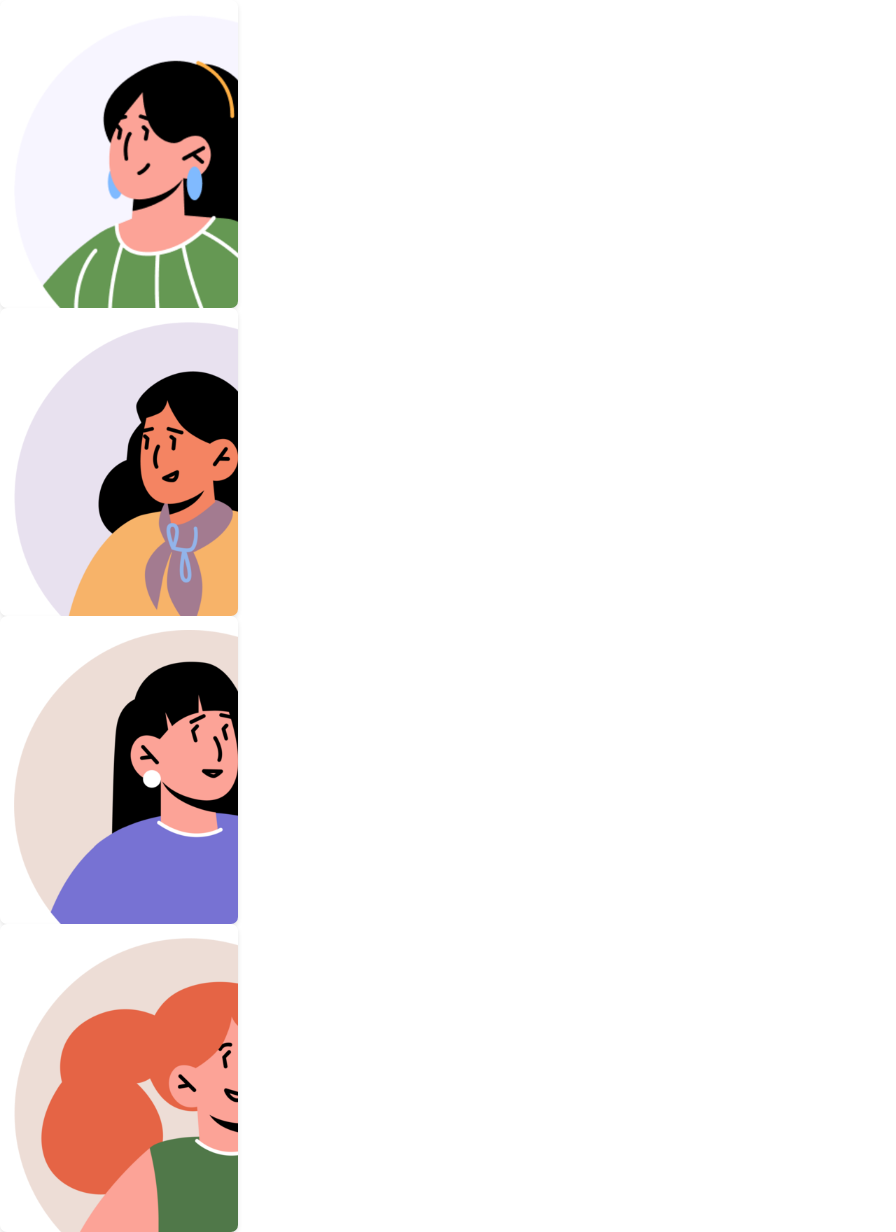
Repository: mahsa199170/React-Props-projects
Page: / (app in profile-app/)
The author's editor kept a copy of each file at every save. The page is drawn from the files as they stood at one save, then again after the next save.
The browser window is 1280 px wide. The pictures show the part of the page from y = 0 to 1920 px (the page is 1760 px tall before and 2997 px after), at 70% of full size.
The project was rebuilt for these pictures with package versions that can differ from the ones it lists, and the page was loaded fresh each time. Also part of the build but not shown: profile-app/src/App.css.

Above is the page before, as saved 2024-11-18 15:47:17.

### profile-app/src/App.js
import './App.css';
import Profile from './components/profile/Profile';
import { people } from './personalInfo';

function App() {
  const personInfo = people.map((p) => {
    return <h1>{p.name}</h1>;
  });

  return (
    <div className="App">
      {people.map((person) => {
        const { id, name, age, gender, occupation, image } = person;
        return (
          <div key={id}>
            <Profile
              name={name}
              age={age}
              occupation={occupation}
              gender={gender}
              image={image}
            />
          </div>
        );
      })}
    </div>
  );
}

export default App;

### profile-app/src/components/profile/Profile.js
import React from 'react';
import Card from '../card/Card';
import './Profile.scss';

const Profile = ({ id, name, age, gender, occupation, image }) => {
  return (
    <Card>
      <div className="profil-card">
        <img src={image} alt="profile" />
        <h2>Name: {name}</h2>
        <h3>Age: {age}</h3>
        <h3>Gender: {gender}</h3>
        <h3>Occupation: {occupation}</h3>
      </div>
    </Card>
  );
};

export default Profile;

### profile-app/src/personalInfo.js
import image1 from './components/images/100.png';
import image2 from './components/images/54.png';
import image3 from './components/images/73.png';
import image4 from './components/images/94.png';
export const people = [
  {
    id: 1,
    name: 'Luna',
    age: 7,
    gender: 'Female',
    occupation: 'VP of Engineering',
    image: image1,
  },
  {
    id: 2,
    name: 'Ellie',
    age: 3,
    gender: 'Female',
    occupation: 'Senior Engineer',
    image: image2,
  },
  {
    id: 3,
    name: 'Tango',
    age: 10,
    gender: 'male',
    occupation: 'Software Engineer',
    image: image3,
  },
  {
    id: 4,
    name: 'Frankie',
    age: 1,
    gender: 'male',
    occupation: 'Devops Engineer',
    image: image4,
  },
];

### profile-app/src/components/card/Card.js
import React from 'react';
import './Card.scss';

const Card = ({ children }) => {
  return <div className="card">{children}</div>;
};

export default Card;

### profile-app/src/components/profile/Profile.scss
.profile-card {
  box-shadow: rgba(100, 100, 111, 0.2) 0px 7px 29px 0px;
  width: 250px;
  text-align: center;
  border-radius: 50%;
  padding: 2rem;
  font-family: sans-serif;

  img {
    // border-radius: 50%;
    width: 10px !important;
    height: 10px !important;
  }
}

h2 {
  font-size: 24px;
  font-weight: bold;
  margin-bottom: 10px;
  color: #333;
}

p {
  font-size: 16px;
  margin: 5px 0;
  color: #666;
}

### profile-app/src/components/card/Card.scss
.card {
  width: 300px;
  height: 400px;
  background-color: #fff;
  border-radius: 10px;
  box-shadow: 0 4px 8px rgba(0, 0, 0, 0.1);
  overflow: hidden;
  padding: 20px;
  transition: all 0.3s ease;

  &:hover {
    box-shadow: 0 6px 12px rgba(0, 0, 0, 0.2);
    transform: translateY(-5px);
  }
}

Loaded but not shown: profile-app/public/index.html (common file); profile-app/src/index.js (common file); profile-app/src/index.css (common file)

After the next save:
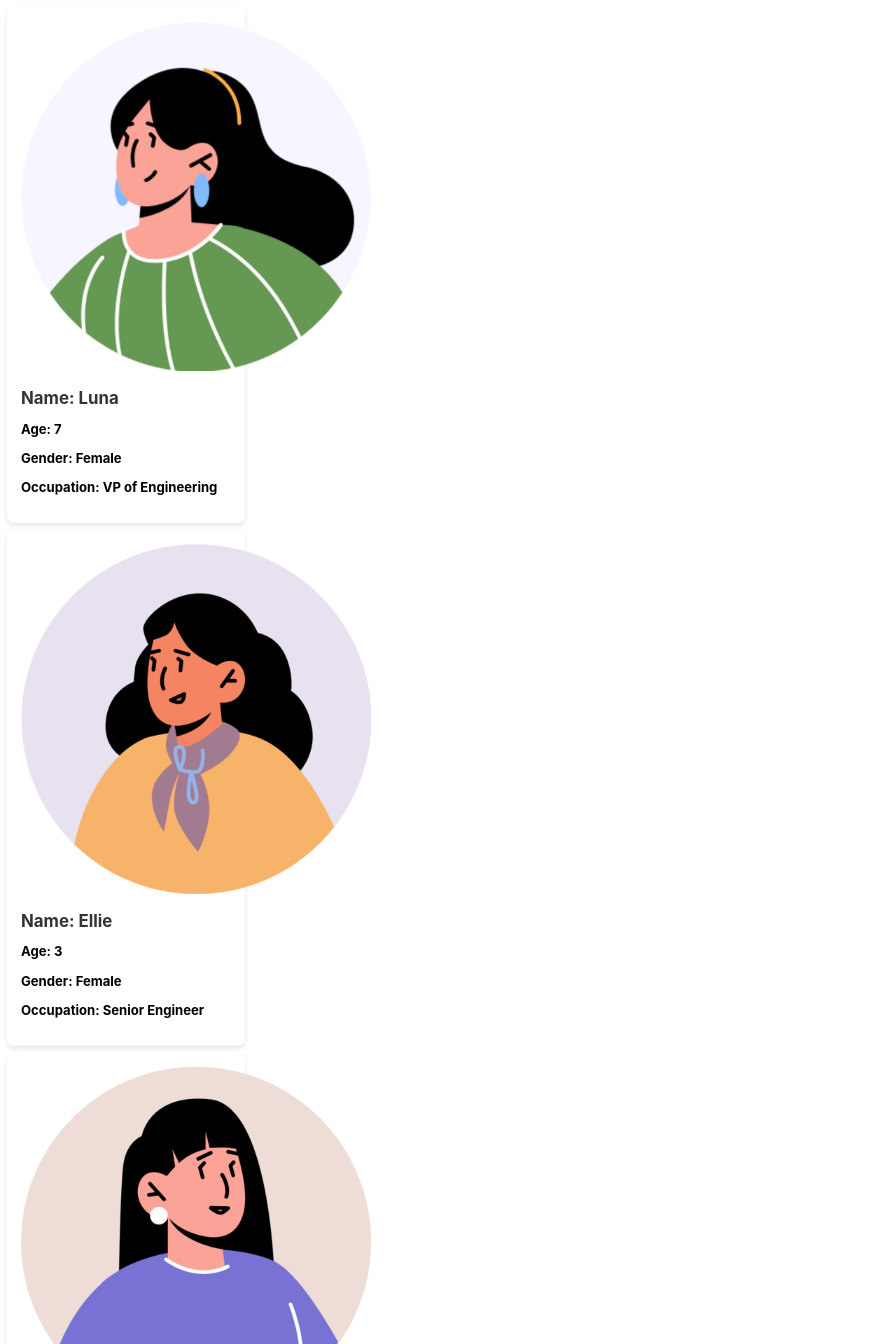
Saved 36 s later.
--- a/profile-app/src/components/card/Card.scss
+++ b/profile-app/src/components/card/Card.scss
@@ -1,15 +1,14 @@
 .card {
-  width: 300px;
-  height: 400px;
-  background-color: #fff;
-  border-radius: 10px;
-  box-shadow: 0 4px 8px rgba(0, 0, 0, 0.1);
-  overflow: hidden;
-  padding: 20px;
-  transition: all 0.3s ease;
+  width: 300px; // Set the width of the card
+  background-color: #fff; // White background
+  border-radius: 10px; // Rounded corners
+  box-shadow: 0 4px 8px rgba(0, 0, 0, 0.1); // Subtle shadow for 3D effect
+  padding: 20px; // Padding inside the card
+  margin: 10px; // Space between cards
+  transition: all 0.3s ease; // Smooth transition for hover effect
 
   &:hover {
-    box-shadow: 0 6px 12px rgba(0, 0, 0, 0.2);
-    transform: translateY(-5px);
+    box-shadow: 0 6px 12px rgba(0, 0, 0, 0.2); // Slightly bigger shadow on hover
+    transform: translateY(-5px); // Lift the card a little on hover
   }
 }
